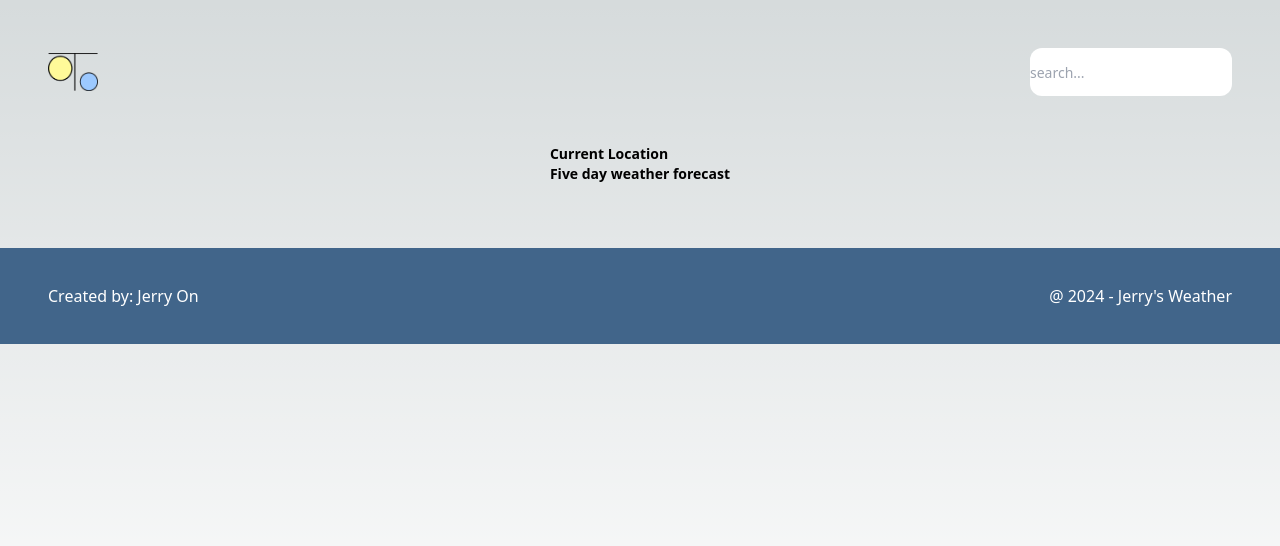
Repository: JerryWuOn/weatherAppMid
Page: /
An editor plug-in stored every save of this project. The page is shown before and after the next save, followed by the edit.
The browser window is 1280 px wide. The pictures show the whole page.
The page's requests for data from a server got no answer. The project was rebuilt for these pictures with package versions that can differ from the ones it lists, and the page was loaded fresh each time. The framework's server and built-in components were replaced by stand-ins that run in the browser. No one was signed in, and anything a server would have sent is missing. Also part of the build but not shown: next.config.mjs.

Above is the page before, as saved 2024-02-12 16:53:46.

After the next save:
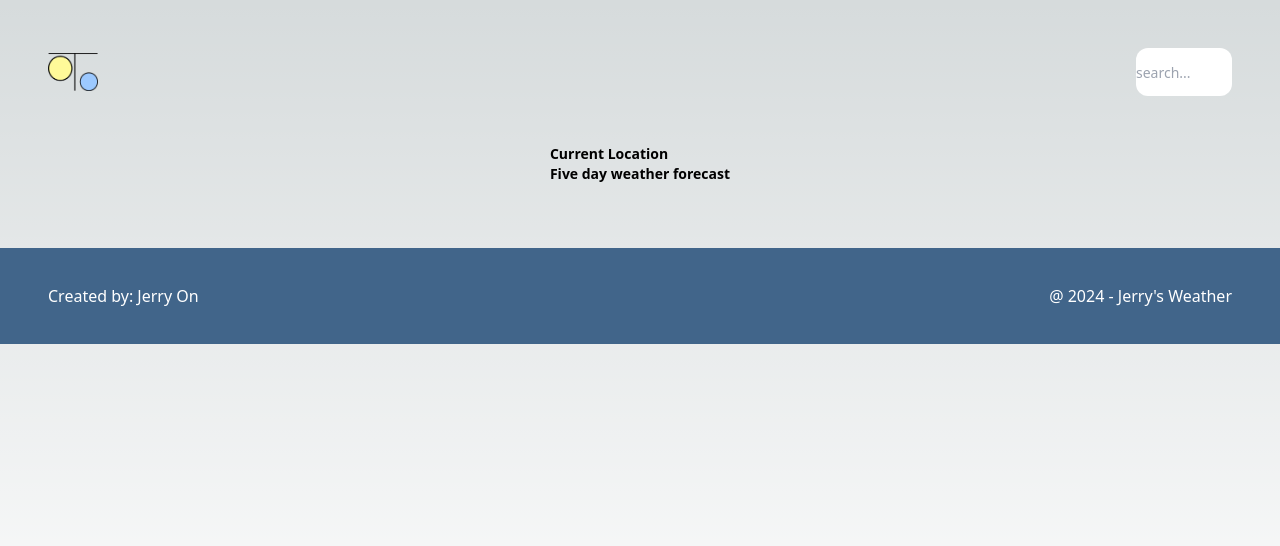
Saved 27 s later.
--- a/src/components/Header/index.tsx
+++ b/src/components/Header/index.tsx
@@ -11,7 +11,7 @@ export default function Header(){
                     <Image src={Logo} alt="logo" width={50} height={50}/>
                 </div>
                 <form>
-                    <input className="rounded-xl h-12" type="text" placeholder="search..."/>
+                    <input className="rounded-xl h-12 w-24" type="text" placeholder="search..."/>
                 </form>
             </div>
         </div>
